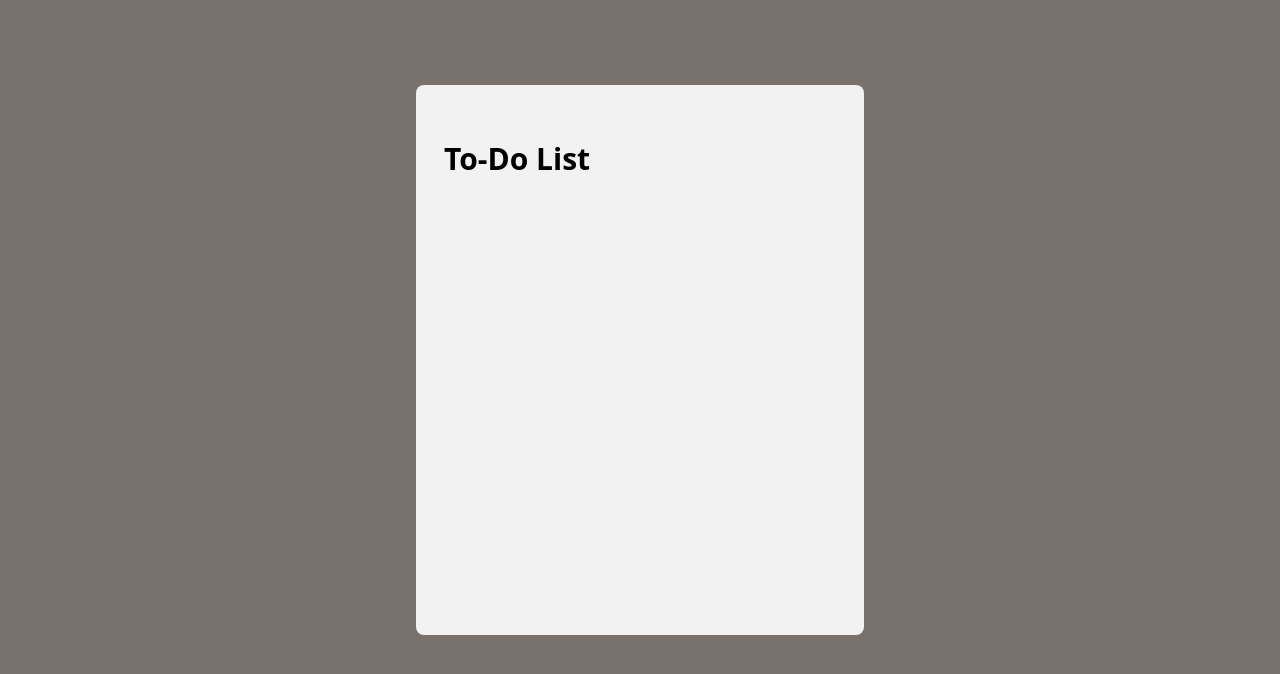
Repository: guilhermecardoso93/todolist-2025-tailwind
Page: /
These files come from the project's save history. The page is drawn as it stood at one moment and after the next save; the edit follows.
The browser window is 1280 px wide. The pictures show the whole page.
The project was rebuilt for these pictures with package versions that can differ from the ones it lists, and the page was loaded fresh each time. Also part of the build but not shown: vite.config.js.

Above is the page before, as saved 2024-11-07 19:56:28.

After the next save:
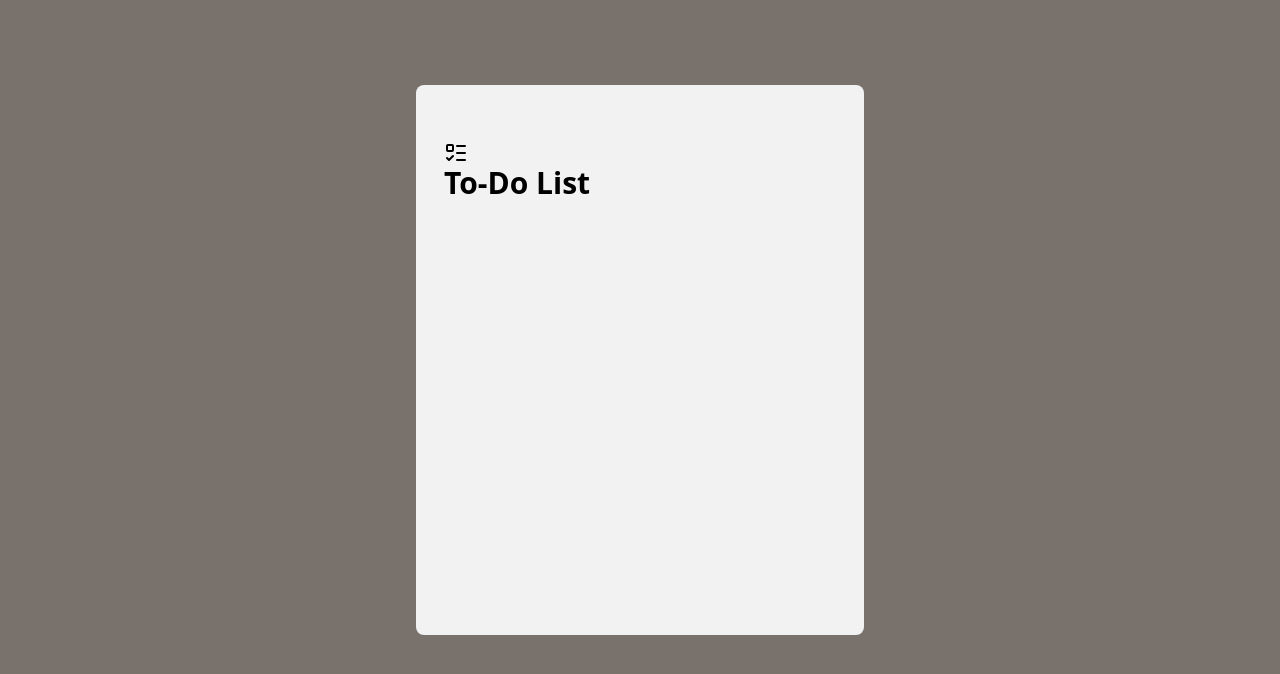
Saved 41 s later.
--- a/src/components/ToDo.jsx
+++ b/src/components/ToDo.jsx
@@ -1,7 +1,10 @@
+import { ListTodoIcon } from "lucide-react";
+
 export function ToDo() {
   return (
     <div className="bg-[#f2f2f2] place-self-center w-11/12 max-w-md flex flex-col p-7 min-h-[550px] rounded-lg">
       <div className="flex items-center mt-7 gap-2"></div>
+      <ListTodoIcon />
       <h1 className="text-3xl font-semibold">To-Do List</h1>
     </div>
   );
